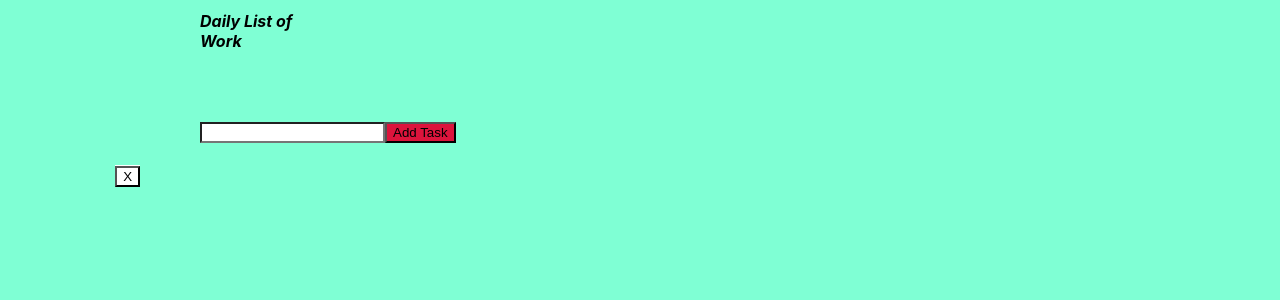
Repository: iamjayenmthakuri/todolist
Page: /, after clicking the first element matching `button.button`
An editor plug-in stored every save of this project. The page is shown before and after the next save, followed by the edit.
The browser window is 1280 px wide. The pictures show the whole page.
The project was rebuilt for these pictures with package versions that can differ from the ones it lists, and the page was loaded fresh each time.

Above is the page before, as saved 2022-09-19 10:28:58.

After the next save:
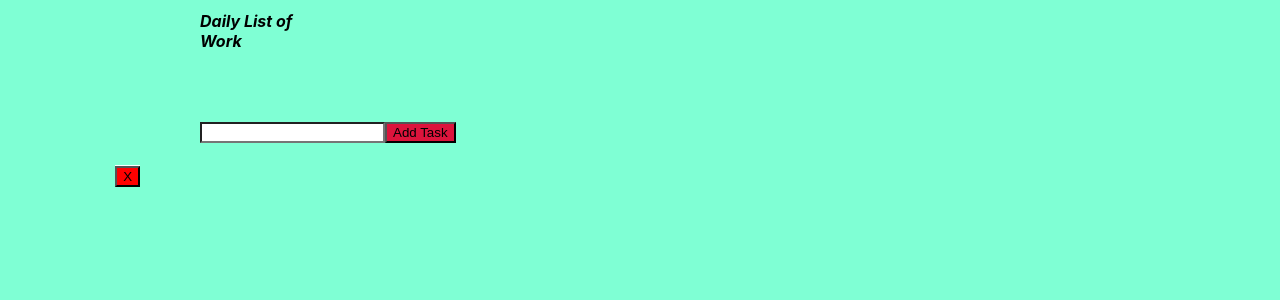
Saved 9 s later.
--- a/src/App.css
+++ b/src/App.css
@@ -20,7 +20,7 @@ body{
   margin: auto;
 }
 .bt{
-  background-color: white;
+  background-color: red;
   height: min-content;
   width: min-content;
   margin: auto;
